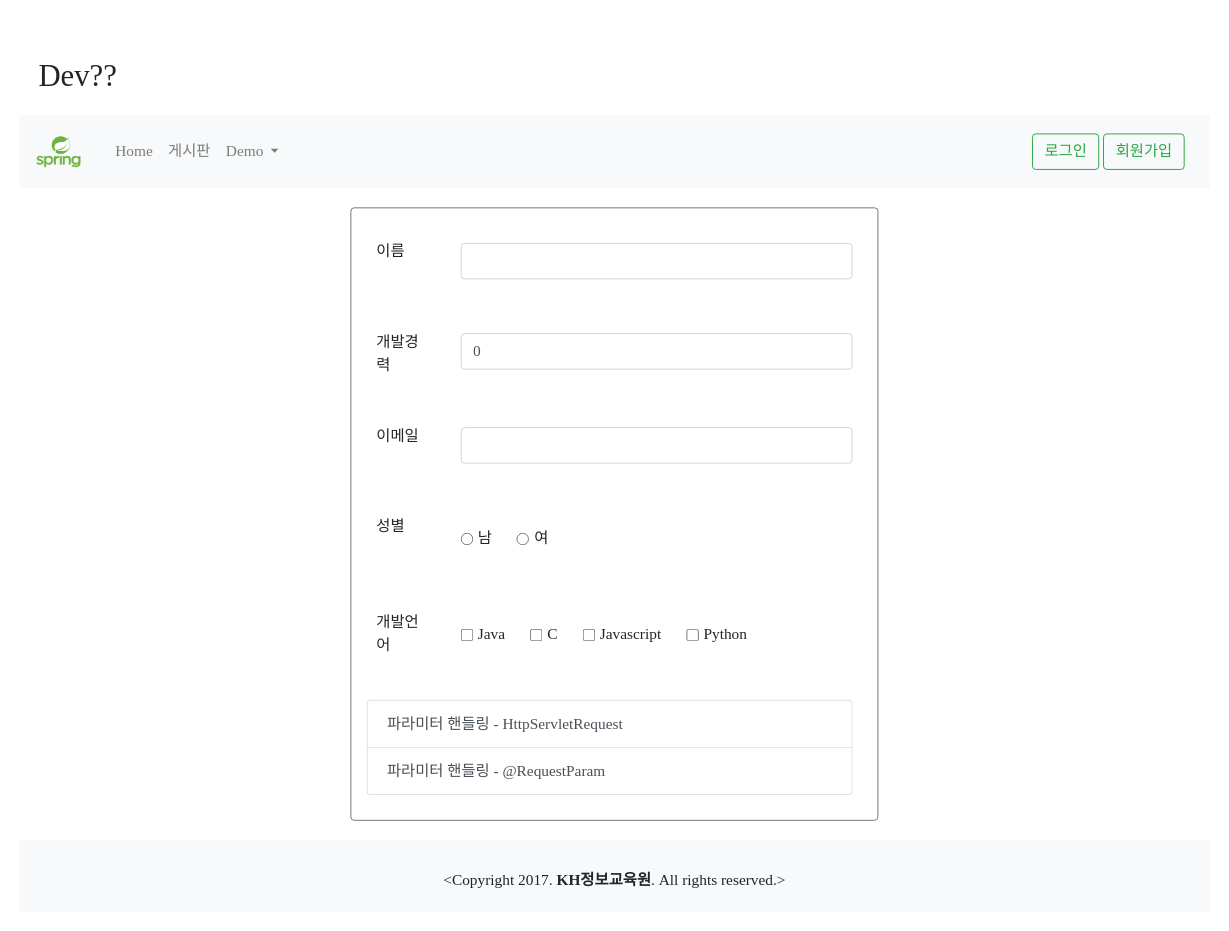
Repository: jinhak94/khspring
Page: http://localhost/hello-spring/WEB-INF/views/demo/devForm.jsp
The author's editor kept a copy of each file at every save. The page is drawn from the files as they stood at one save, then again after the next save.
The browser window is 1280 px wide. The pictures show the whole page, at 96% of full size.
The page is served by Tomcat 9. Nobody is signed in. The template is opened directly, without the code that normally fills it, so the values that code supplies are empty.

Above is the page before, as saved 2021-04-16 04:47:11.

After the next save:
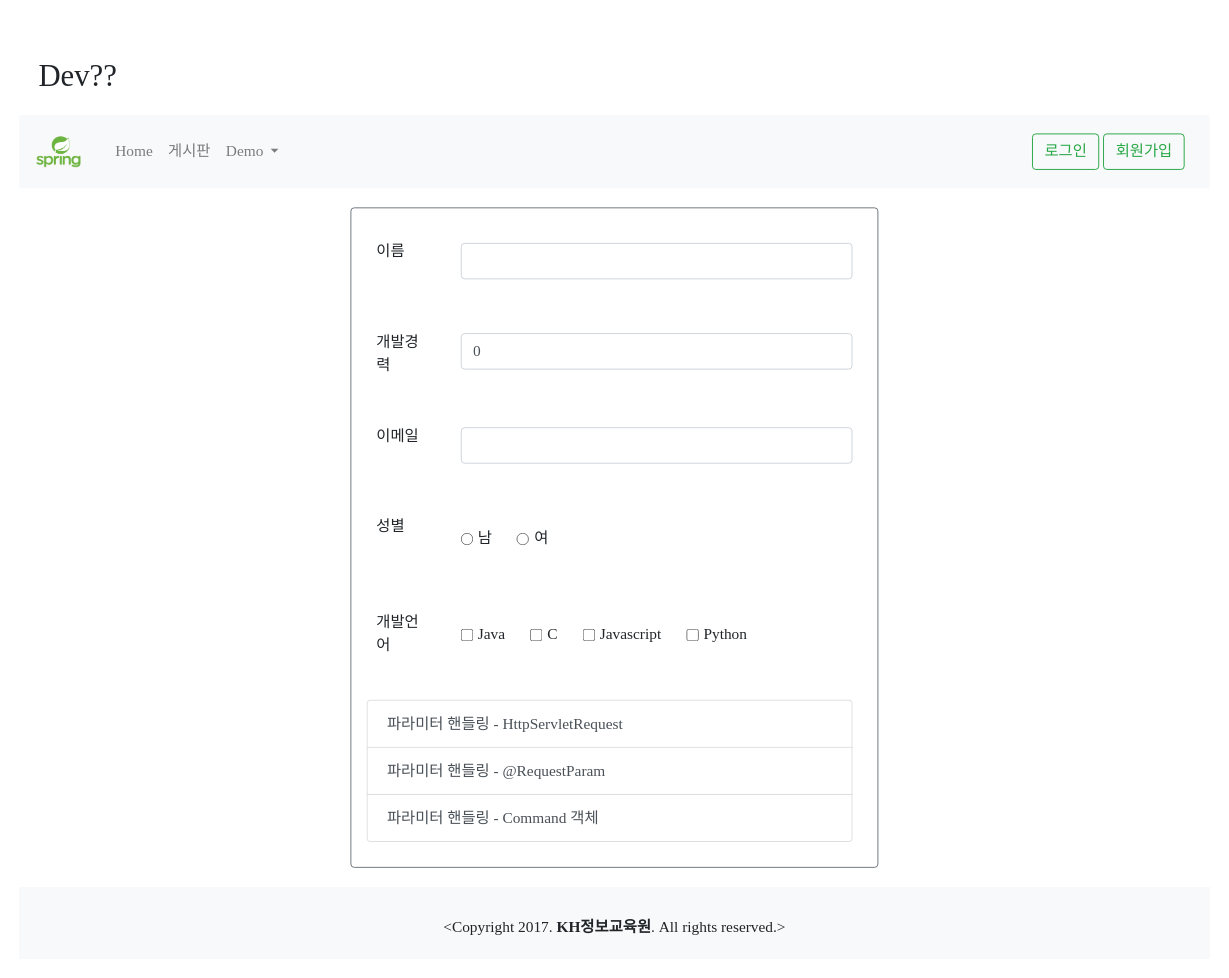
Saved 22 min 6 s later.
--- a/spring_workspace/hello-spring/src/main/webapp/WEB-INF/views/demo/devForm.jsp
+++ b/spring_workspace/hello-spring/src/main/webapp/WEB-INF/views/demo/devForm.jsp
@@ -74,6 +74,7 @@
 	<div class="list-group">
 	  <button type="button" onclick="dev1();" class="list-group-item list-group-item-action">파라미터 핸들링 - HttpServletRequest</button>
 	  <button type="button" onclick="dev2();" class="list-group-item list-group-item-action">파라미터 핸들링 - @RequestParam</button>
+	  <button type="button" onclick="dev2();" class="list-group-item list-group-item-action">파라미터 핸들링 - Command 객체</button>
 	</div>
 </div>
 <script>
